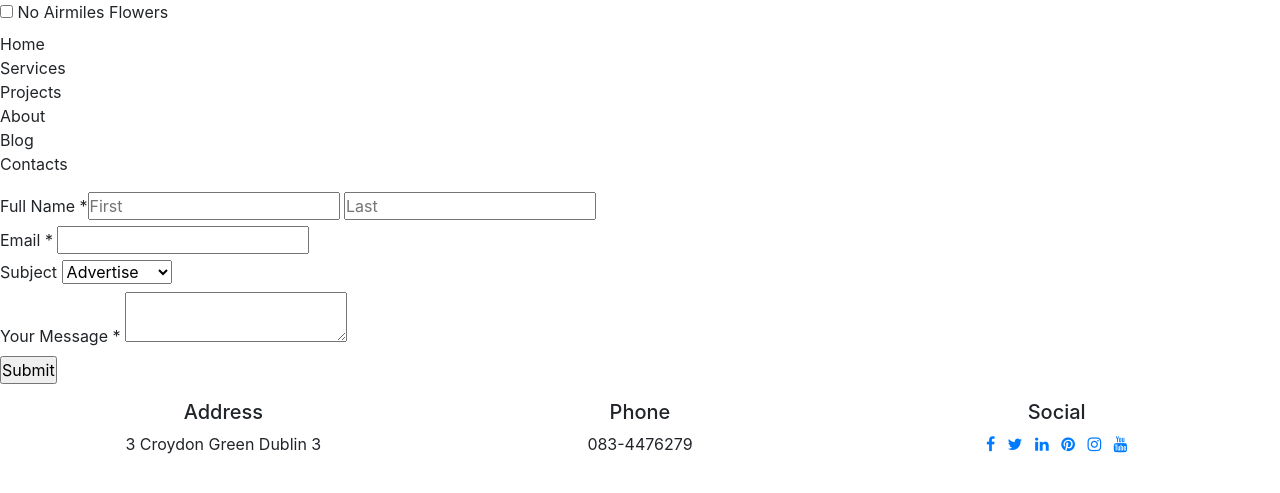
Repository: ConorTC1990/Flowers
Page: contactform.html
The author's editor kept a record of every edit. The page is drawn from the files as they stood at one moment, then again after the next edit.
The browser window is 1280 px wide. The pictures show the whole page.
Some web libraries are served in a nearby version.

Above is the page before.

After the next edit:
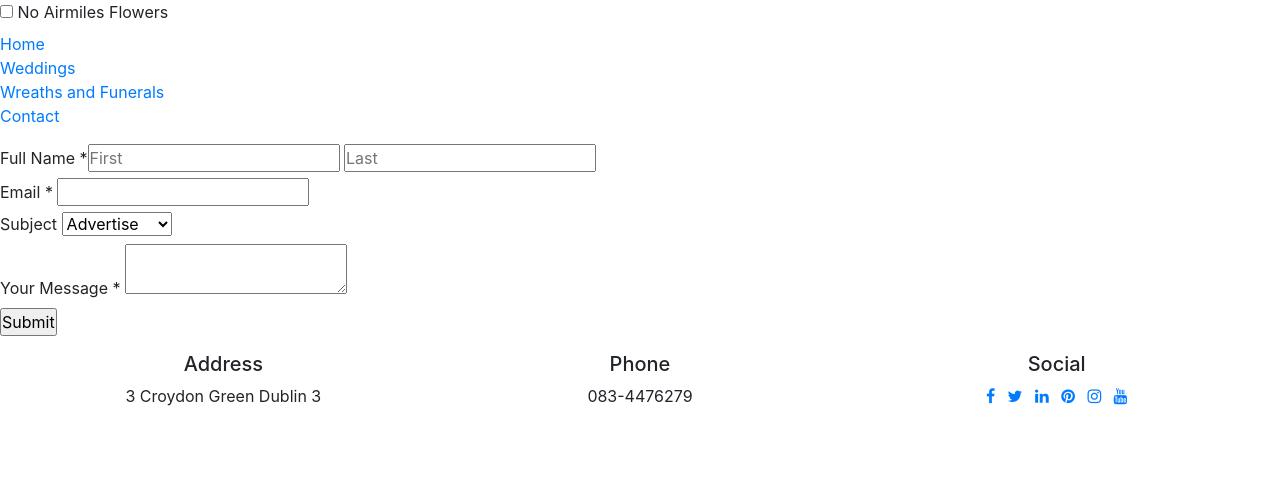
The edit:
--- a/contactform.html
+++ b/contactform.html
@@ -19,12 +19,11 @@
             <div class="menu-content">
                 <ul>
 
-                    <li><a href="#"></a>Home</li>
-                    <li><a href="#"></a>Services</li>
-                    <li><a href="#"></a>Projects</li>
-                    <li><a href="#"></a>About</li>
-                    <li><a href="#"></a>Blog</li>
-                    <li><a href="#"></a>Contacts</li>
+                   <li><a href="index.html">Home</a></li>
+                    <li><a href="weddings.html">Weddings</a></li>
+                    <li><a href="wreaths.html">Wreaths and Funerals</a></li>
+                    <li><a href="contactform.html">Contact</a></li>
+
                 </ul>
             </div>
         </div>
